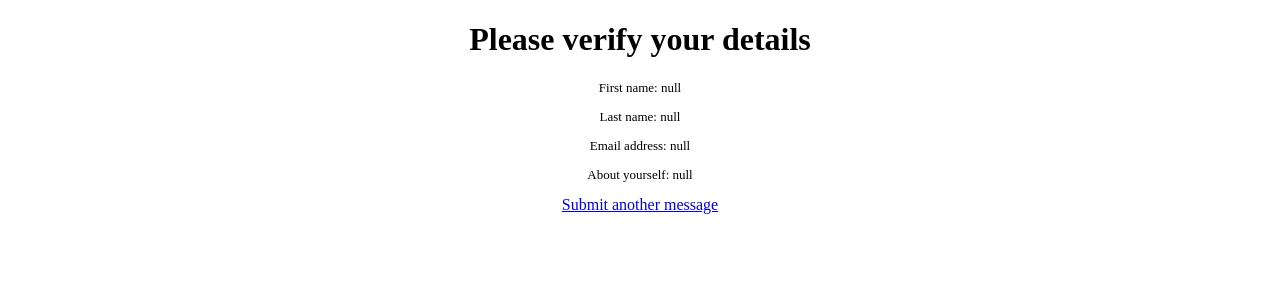
Repository: hornstein-inc/Training
Page: http://localhost/result
These files come from the project's save history. The page is drawn as it stood at one moment and after the next save; the edit follows.
The browser window is 1280 px wide. The pictures show the whole page.
The page is this project's Thymeleaf template; nobody is signed in. The template is opened directly, without the code that normally fills it, so the values that code supplies are empty.

Above is the page before, as saved 2019-04-29 08:49:29.

### Training/gs-handling-form-submission/initial/src/main/resources/templates/result.html
<!DOCTYPE HTML>
<html xmlns:th="http://www.thymeleaf.org">
<link rel="stylesheet" type="text/css" th:href="@{/css/style.css}"/>
<head>
    <title>Getting Started: Handling Form Submission</title>
    <meta http-equiv="Content-Type" content="text/html; charset=UTF-8" />
</head>
<body>
	<h1 class="title">Please verify your details</h1>
	<div class="resultDiv">
    <p class="resultText" th:text="'First name: ' + ${greeting.firstName}"/>
    <p class="resultText" th:text="'Last name: ' + ${greeting.LastName}" />
    <p class="resultText" th:text="'Email address: ' + ${greeting.emailAddress}"/>
    <p class="resultText" th:text="'About yourself: ' +${greeting.content}"/>
    <a href="/greeting">Submit another message</a>
	</div>
</body>
</html>

### Training/gs-handling-form-submission/initial/src/main/resources/static/css/style.css
form{
	text-align: center;

}

.title{

	text-align: center;
	font: sans-serif;


}

.subtitle{
	text-align: center;
	font: sans-serif;

}

input{
	padding: 10px;
	margin-top: 10px;
	font-size: medium;
	background-color: silver;
}

.resultDiv{
	text-align: center;
}

.resultText{
	font: sans-serif;
	font-size: small;
}

After the next save:
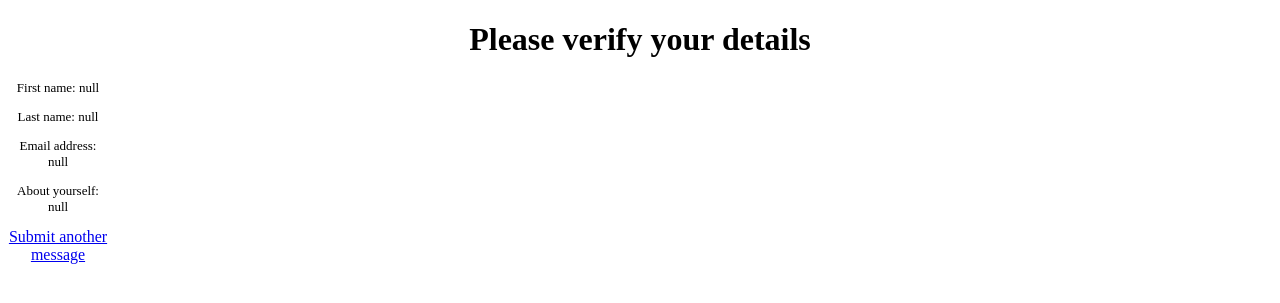
Saved 19 s later.
--- a/Training/gs-handling-form-submission/initial/src/main/resources/static/css/style.css
+++ b/Training/gs-handling-form-submission/initial/src/main/resources/static/css/style.css
@@ -26,6 +26,7 @@
 
 .resultDiv{
 	text-align: center;
+	width: 100px;
 }
 
 .resultText{

After the 2 saves that followed:
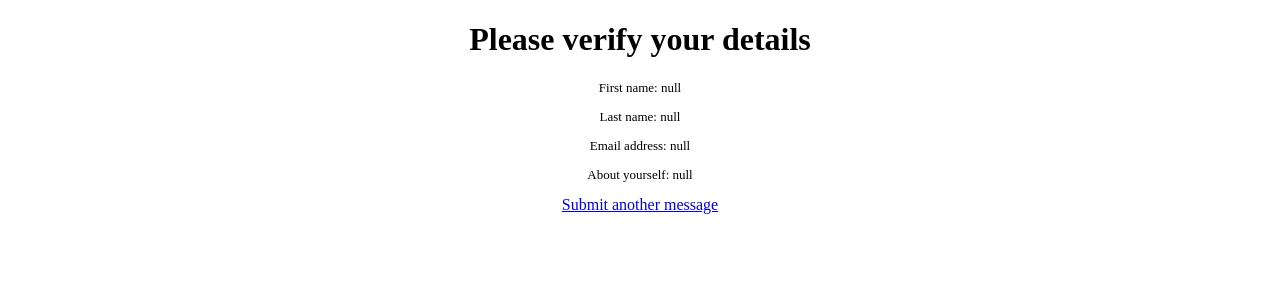
The 2 saves are shown as one change because 1 left the picture as it was.
The last was saved 37 s later.
--- a/Training/gs-handling-form-submission/initial/src/main/resources/static/css/style.css
+++ b/Training/gs-handling-form-submission/initial/src/main/resources/static/css/style.css
@@ -26,7 +26,7 @@
 
 .resultDiv{
 	text-align: center;
-	width: 100px;
+	border: medium;
 }
 
 .resultText{
